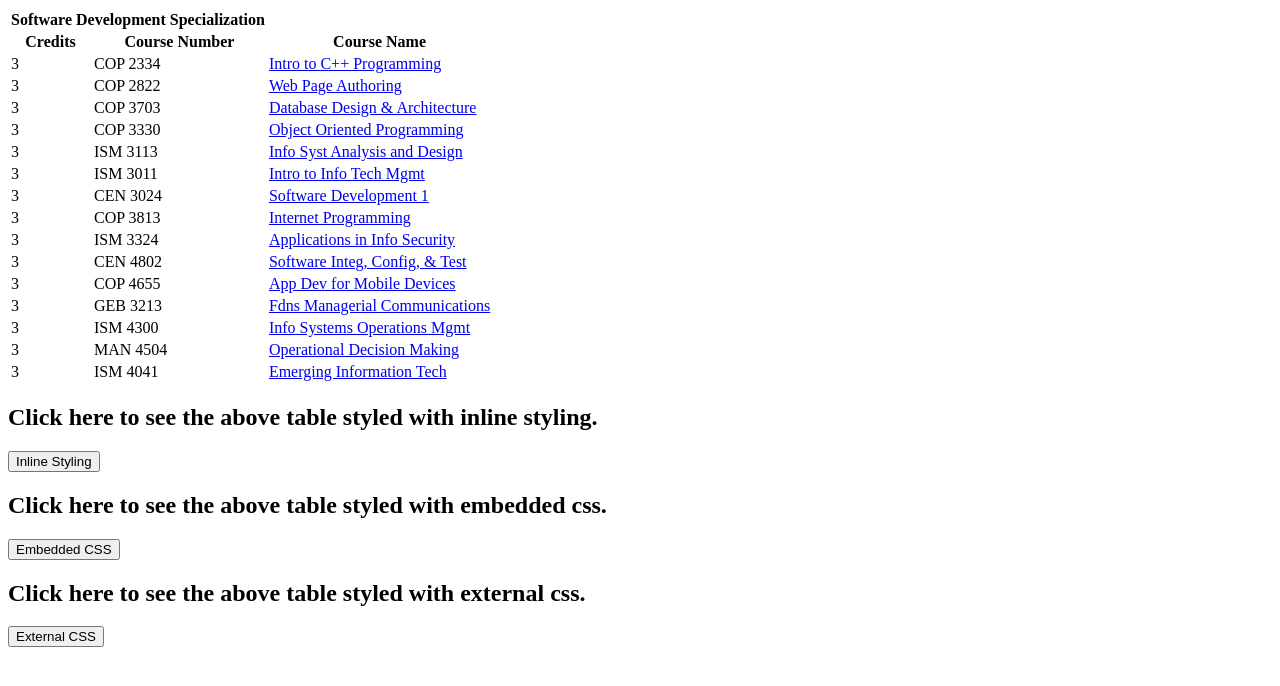
Repository: mlmEFSC21/P5-DegreeTableStyling
Page: index.html
These files come from the project's save history. The page is drawn as it stood at one moment and after the next save; the edit follows.
The browser window is 1280 px wide. The pictures show the whole page.

Above is the page before, as saved 2022-02-09 14:07:57.

After the next save:
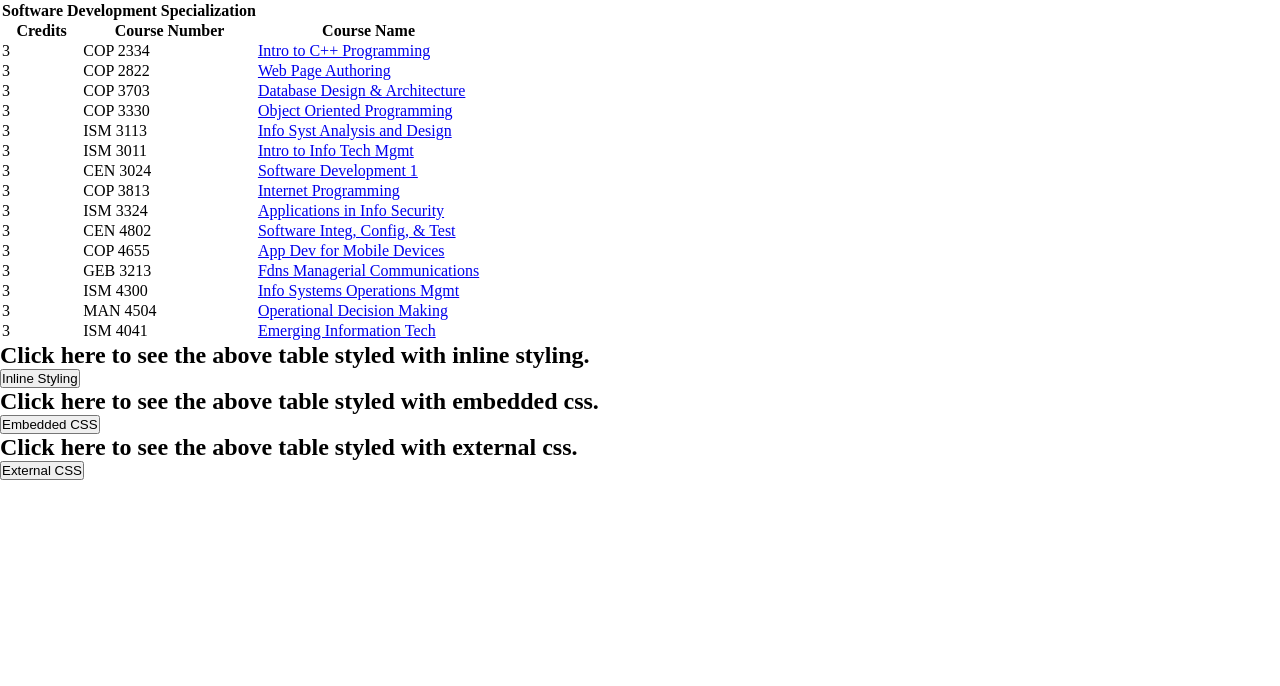
Saved 17 s later.
--- a/index.html
+++ b/index.html
@@ -5,6 +5,7 @@
         <meta http-equiv="X-UA-Compatible" content="IE=edge" />
         <meta name="viewport" content="width=device-width, initial-scale=1.0" />
         <title>Degree Specialization Table</title>
+        <link rel="stylesheet" href="Styles.css" />
     </head>
     <body>
         <section class="tableContainer">
